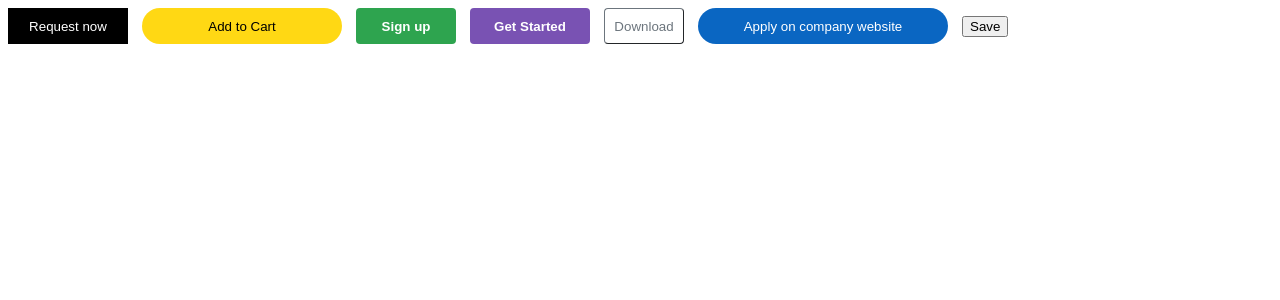
Repository: Kurumilli/Youtube
Page: Exercise2.html
An editor plug-in stored every save of this project. The page is shown before and after the next save, followed by the edit.
The browser window is 1280 px wide. The pictures show the whole page.

Above is the page before, as saved 2025-01-23 20:53:40.

After the next save:
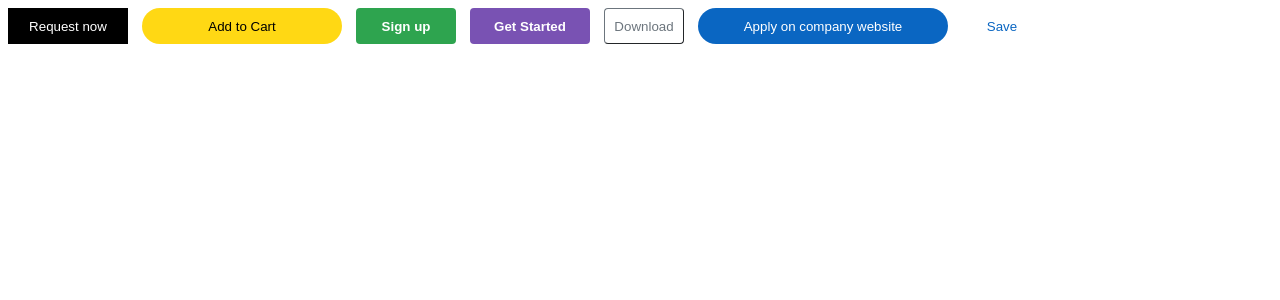
Saved 36 s later.
--- a/Exercise2.html
+++ b/Exercise2.html
@@ -69,7 +69,7 @@
                 margin-right: 10px;
             }
 
-            .button{
+            .linkedin2q{
                 background-color: white;
                 color:rgb(10,102,194);
                 border: 1px;
@@ -105,7 +105,7 @@
             Apply on company website
         </button>
 
-        <button>
+        <button class="linkedin2q">
             Save
         </button>
 
